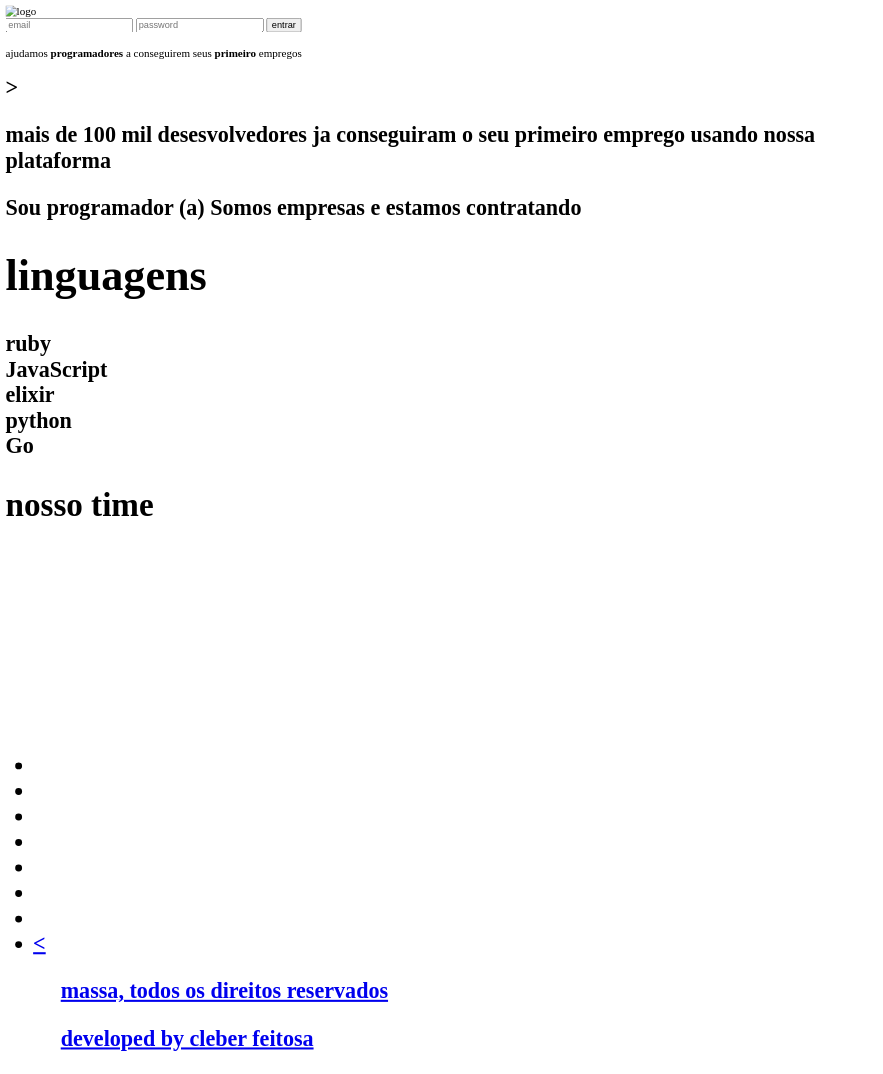
Repository: Luizzsena06/luizzaosena
Page: PASTA/index.html
An editor plug-in stored every save of this project. The page is shown before and after the next save, followed by the edit.
The browser window is 1280 px wide. The pictures show the whole page, at 69% of full size.

Above is the page before, as saved 2024-02-27 17:25:18.
Not found: PASTA/PROJETO SITE/IMAGE/logo.png
Not found: PASTA/PROJETO SITE/img/gus.jpg
Not found: PASTA/PROJETO SITE/img/hank.jpg

After the next save:
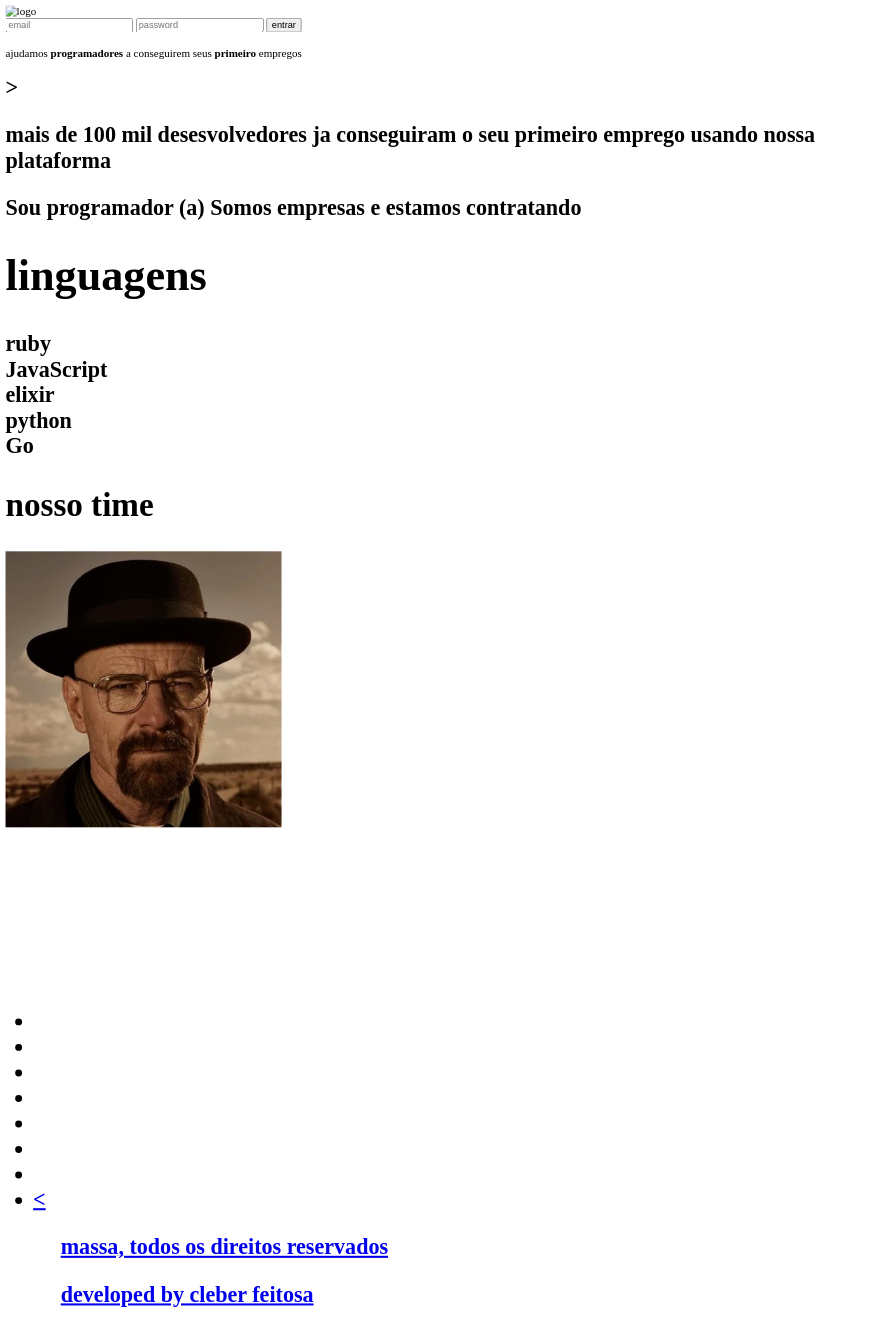
Saved 6 min 10 s later.
--- a/PASTA/index.html
+++ b/PASTA/index.html
@@ -38,7 +38,7 @@
        <section class=" team ">
           <h1> nosso time </h1>
           <div clas="members">
-            <div class="walter"><img src="PROJETO SITE/img/walter.jpg" alt=""/></div><div>
+            <div class="walter"><img src="/img/walter.jpg" alt=""/></div><div>
             <div class="members"><img src="PROJETO SITE/img/jesse.jpg" alt=""/></div><div>
             <div class="members"><img src="PROJETO SITE/img/skyler.jpg" alt=""/></div><div>
             <div class="members"><img src="PROJETO SITE/img/hank.jpg" alt=""/></div><div>
